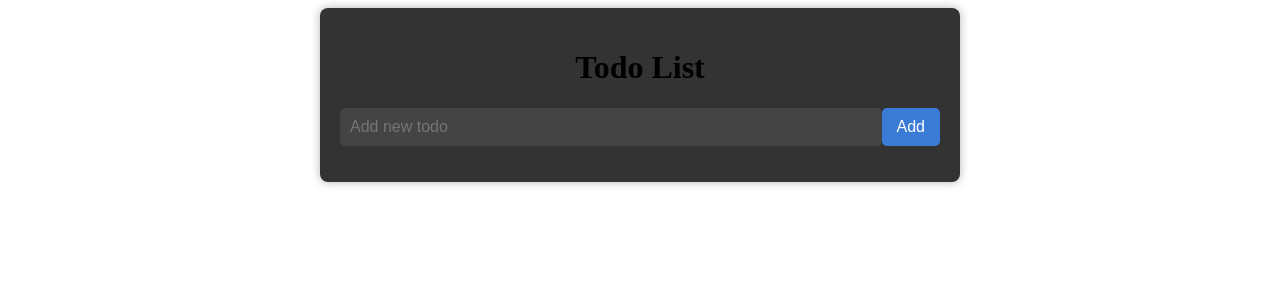
Repository: Tobby004/Todo-assignment
Page: / (app in todo-list-app/)
The author's editor kept a copy of each file at every save. The page is drawn from the files as they stood at one save, then again after the next save.
The browser window is 1280 px wide. The pictures show the whole page.
The project was rebuilt for these pictures with package versions that can differ from the ones it lists, and the page was loaded fresh each time. Also part of the build but not shown: todo-list-app/vue.config.js.

Above is the page before, as saved 2023-12-06 15:58:22.

### todo-list-app/src/App.vue
<template>
  <div id="app">
    <h1>Todo List</h1>
    <div class="input-container">
      <input v-model="newTodo" @keyup.enter="addTodo" placeholder="Add new todo" class="input-field">
      <button @click="addTodo" class="add-button">Add</button>
    </div>
    <ul>
      <li v-for="(todo, index) in todos" :key="index" class="todo-item">
        <span>{{ todo }}</span>
        <button @click="editTodo(index)" class="edit-button">Edit</button>
        <button @click="deleteTodo(index)" class="delete-button">Delete</button>
      </li>
    </ul>
  </div>
</template>



<script>
export default {
  data() {
    return {
      todos: [],
      newTodo: '',
      editedTodoIndex: null,
    };
  },
  methods: {
    addTodo() {
      if (this.newTodo.trim() !== '') {
        if (this.editedTodoIndex !== null) {
          this.todos[this.editedTodoIndex] = this.newTodo;
          this.newTodo = '';
          this.editedTodoIndex = null;
        } else {
          this.todos.push(this.newTodo);
          this.newTodo = '';
        }
      }
    },
    editTodo(index) {
      this.newTodo = this.todos[index];
      this.editedTodoIndex = index;
    },
    deleteTodo(index) {
      this.todos.splice(index, 1);
    },
  },
};
</script>

<style scoped>
body {
  margin: 0;
  font-family: Arial, sans-serif;
  background-color: #222;
  color: #eee;
}

#app {
  max-width: 600px;
  margin: 0 auto;
  padding: 20px;
  background-color: #333;
  border-radius: 8px;
  box-shadow: 0 0 10px rgba(0, 0, 0, 0.3);
}

h1 {
  text-align: center;
}

.input-container {
  display: flex;
  align-items: center;
  margin-bottom: 10px;
}

.input-field {
  width: calc(100% - 50px);
  padding: 10px;
  border: none;
  border-radius: 5px;
  font-size: 16px;
  background-color: #444;
  color: #eee;
}

.add-button {
  padding: 10px 15px;
  border: none;
  border-radius: 5px;
  cursor: pointer;
  font-size: 16px;
  background-color: #3a7bd5;
  color: #fff;
  transition: background-color 0.3s ease;
}

.add-button:hover {
  background-color: #2e5aa3;
}

.todo-item {
  display: flex;
  align-items: center;
  justify-content: space-between;
  padding: 10px;
  margin-bottom: 8px;
  background-color: #555;
  border-radius: 5px;
  transition: background-color 0.3s ease;
}

.todo-item:hover {
  background-color: #666;
}

.edit-button,
.delete-button {
  padding: 5px 10px;
  border: none;
  border-radius: 3px;
  cursor: pointer;
  transition: background-color 0.3s ease;
}

.edit-button:hover {
  background-color: #3a7bd5;
}

.delete-button:hover {
  background-color: #d9534f;
}
</style>

Loaded but not shown: todo-list-app/public/index.html (common file); todo-list-app/src/main.js (common file)

After the next save:
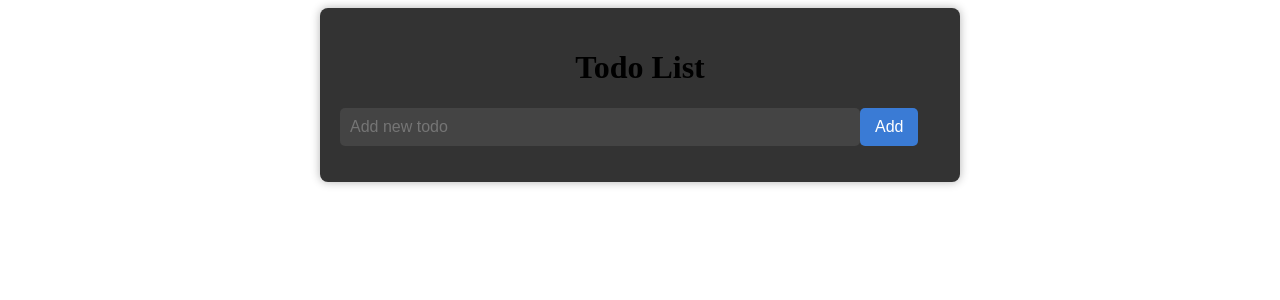
Saved 6 min 49 s later.
--- a/todo-list-app/src/App.vue
+++ b/todo-list-app/src/App.vue
@@ -78,7 +78,7 @@ h1 {
 }
 
 .input-field {
-  width: calc(100% - 50px);
+  width: calc(100% - 100px); /* Reduce the input width */
   padding: 10px;
   border: none;
   border-radius: 5px;
@@ -101,7 +101,6 @@ h1 {
 .add-button:hover {
   background-color: #2e5aa3;
 }
-
 .todo-item {
   display: flex;
   align-items: center;
